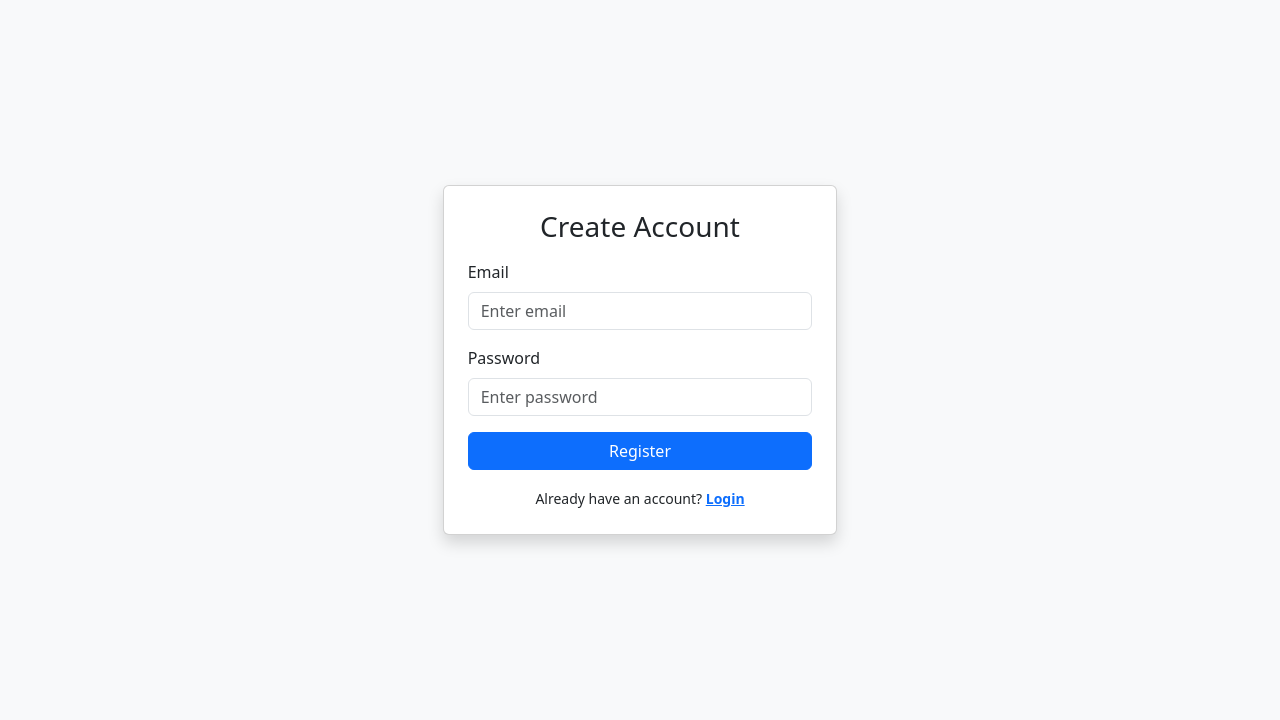
Repository: Asmat-ullah-khan/media-content-scheduler-frontend
Page: /
An editor plug-in stored every save of this project. The page is shown before and after the next save, followed by the edit.
The browser window is 1280 px wide. The pictures show the whole page.
The project was rebuilt for these pictures with package versions that can differ from the ones it lists, and the page was loaded fresh each time. Also part of the build but not shown: vite.config.js, src/index.css, src/pages/Login.jsx, src/pages/Dashboard.jsx, src/pages/Home.jsx, src/pages/Postlist.jsx.

Above is the page before, as saved 2026-01-27 00:48:53.

### index.html
<!doctype html>
<html lang="en">
  <head>
    <meta charset="UTF-8" />
    <link rel="icon" type="image/svg+xml" href="/vite.svg" />
    <meta name="viewport" content="width=device-width, initial-scale=1.0" />
    <title>media-content-scheduler-frontend</title>
  </head>
  <body>
    <div id="root"></div>
    <script type="module" src="/src/main.jsx"></script>
  </body>
</html>

### src/main.jsx
import { StrictMode } from "react";
import { createRoot } from "react-dom/client";
import "./index.css";
import "bootstrap/dist/css/bootstrap.min.css";
import App from "./App.jsx";
import { BrowserRouter } from "react-router-dom";

createRoot(document.getElementById("root")).render(
  <BrowserRouter>
    <App />
  </BrowserRouter>,
);

### src/App.jsx
import { Route, Router, Routes } from "react-router-dom";
import Register from "../src/pages/Register.jsx";
import Login from "./pages/Login.jsx";
import Home from "./pages/Home.jsx";
import Postlist from "./pages/Postlist.jsx";
function App() {
  return (
    <div>
      <Routes>
        <Route path="/" element={<Register />} />
        <Route path="/login" element={<Login />} />
        <Route path="/home" element={<Home />} />
        <Route path="/posts" element={<Postlist />} />
      </Routes>
    </div>
  );
}
export default App;

### src/pages/Register.jsx
import { useState } from "react";
import { Form, Button, Container, Card, Row, Col } from "react-bootstrap";
import { Link } from "react-router-dom";

function Register() {
  const [email, setEmail] = useState("");
  const [password, setPassword] = useState("");
  const [errors, setErrors] = useState({});

  const handleSubmit = (e) => {
    e.preventDefault();

    let newErrors = {};

    if (!email) {
      newErrors.email = "Email is required";
    } else if (!/\S+@\S+\.\S+/.test(email)) {
      newErrors.email = "Invalid email format";
    }

    if (!password) {
      newErrors.password = "Password is required";
    } else if (password.length < 6) {
      newErrors.password = "Password must be at least 6 characters";
    }

    setErrors(newErrors);

    if (Object.keys(newErrors).length === 0) {
      console.log({ email, password });
      alert("Registration Successful ✅");
    }
  };

  return (
    <Container
      fluid
      className="min-vh-100 d-flex align-items-center justify-content-center bg-light"
    >
      <Row className="w-100 justify-content-center">
        <Col xs={11} sm={8} md={6} lg={4}>
          <Card className="p-4 shadow">
            <h3 className="text-center mb-3">Create Account</h3>

            <Form onSubmit={handleSubmit}>
              {/* Email */}
              <Form.Group className="mb-3">
                <Form.Label>Email</Form.Label>
                <Form.Control
                  type="email"
                  placeholder="Enter email"
                  value={email}
                  isInvalid={!!errors.email}
                  onChange={(e) => setEmail(e.target.value)}
                />
                <Form.Control.Feedback type="invalid">
                  {errors.email}
                </Form.Control.Feedback>
              </Form.Group>

              {/* Password */}
              <Form.Group className="mb-3">
                <Form.Label>Password</Form.Label>
                <Form.Control
                  type="password"
                  placeholder="Enter password"
                  value={password}
                  isInvalid={!!errors.password}
                  onChange={(e) => setPassword(e.target.value)}
                />
                <Form.Control.Feedback type="invalid">
                  {errors.password}
                </Form.Control.Feedback>
              </Form.Group>

              <Button type="submit" variant="primary" className="w-100">
                Register
              </Button>
            </Form>

            {/* Login Link */}
            <div className="text-center mt-3">
              <small>
                Already have an account?{" "}
                {/* <Link to="/login" className="fw-bold">
                  Login
                </Link> */}
                <Link to="/login" className="fw-bold">
                  Login
                </Link>
              </small>
            </div>
          </Card>
        </Col>
      </Row>
    </Container>
  );
}

export default Register;

### src/component/Navbar.jsx
import { Navbar, Nav, Container } from "react-bootstrap";
import { Link, useNavigate } from "react-router-dom";

function AppNavbar() {
  const navigate = useNavigate();

  const handleLogout = () => {
    // later we will clear token here
    alert("Logged out ✅");
    navigate("/login");
  };

  return (
    <Navbar bg="dark" variant="dark" expand="lg">
      <Container>
        <Navbar.Brand as={Link} to="/">
          Post Scheduler
        </Navbar.Brand>

        <Navbar.Toggle aria-controls="main-navbar" />

        <Navbar.Collapse id="main-navbar">
          <Nav className="ms-auto">
            <Nav.Link as={Link} to="/">
              Home
            </Nav.Link>

            <Nav.Link as={Link} to="/posts">
              List of Posts
            </Nav.Link>

            <Nav.Link onClick={handleLogout}>Logout</Nav.Link>
          </Nav>
        </Navbar.Collapse>
      </Container>
    </Navbar>
  );
}

export default AppNavbar;

After the next save:
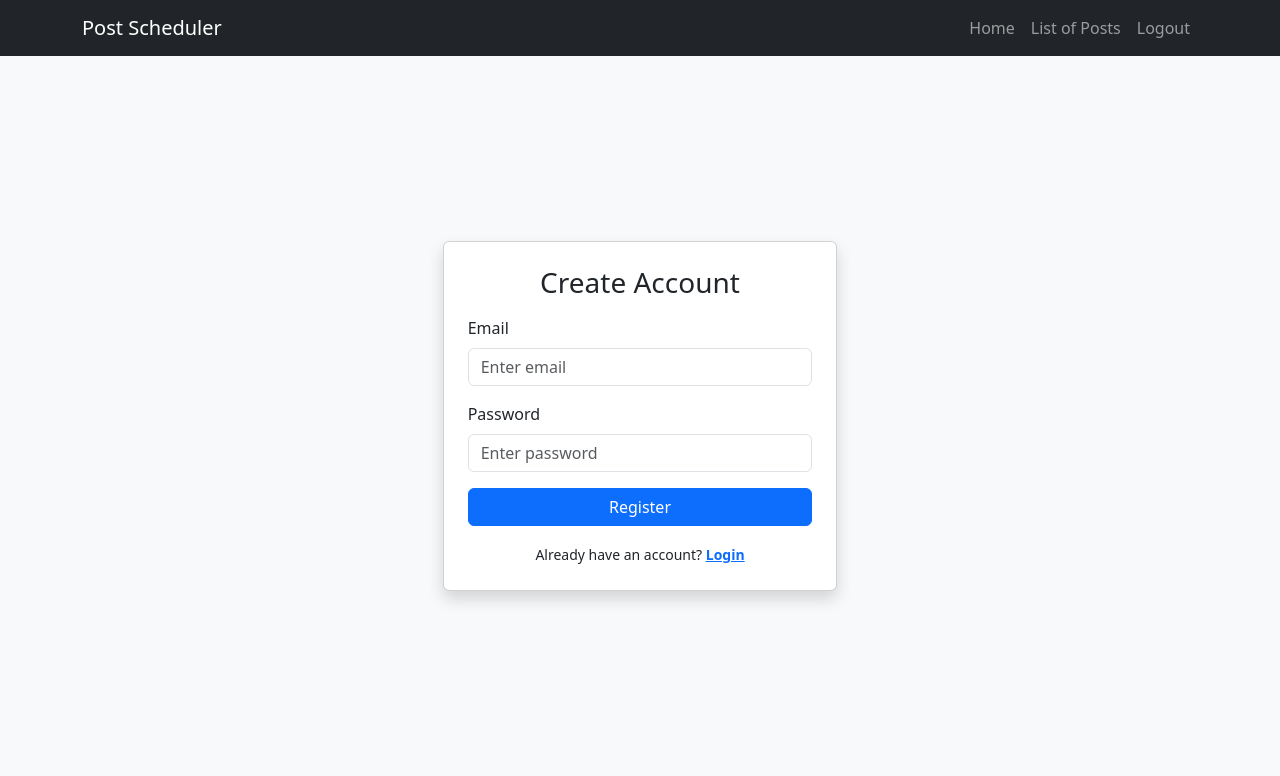
Saved 110 s later.
--- a/src/App.jsx
+++ b/src/App.jsx
@@ -3,9 +3,11 @@
 import Login from "./pages/Login.jsx";
 import Home from "./pages/Home.jsx";
 import Postlist from "./pages/Postlist.jsx";
+import Navbar from "./component/Navbar.jsx";
 function App() {
   return (
     <div>
+      <Navbar />
       <Routes>
         <Route path="/" element={<Register />} />
         <Route path="/login" element={<Login />} />

After the save that followed:
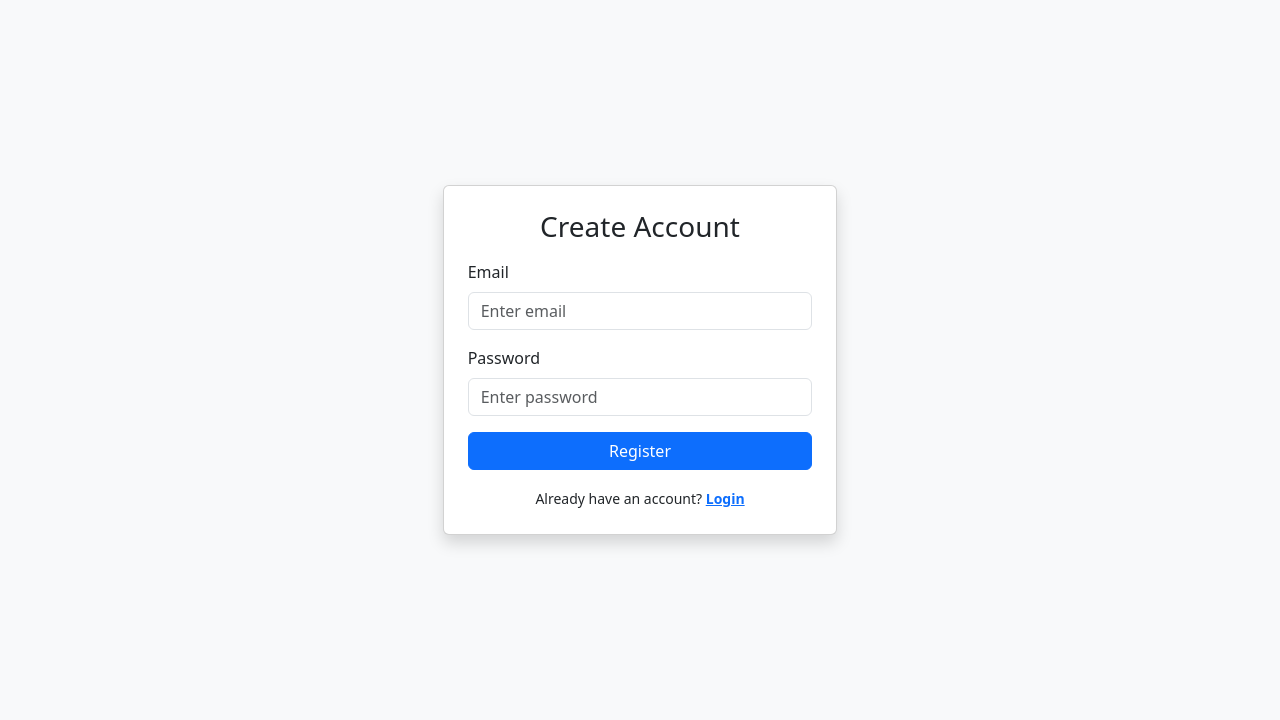
Saved 3 min 6 s later.
--- a/src/App.jsx
+++ b/src/App.jsx
@@ -1,13 +1,21 @@
-import { Route, Router, Routes } from "react-router-dom";
-import Register from "../src/pages/Register.jsx";
+import { Route, Routes, useLocation } from "react-router-dom";
+import Register from "./pages/Register.jsx";
 import Login from "./pages/Login.jsx";
 import Home from "./pages/Home.jsx";
 import Postlist from "./pages/Postlist.jsx";
 import Navbar from "./component/Navbar.jsx";
+
 function App() {
+  const location = useLocation();
+
+  // Pages where Navbar should NOT appear
+  const hideNavbarRoutes = ["/", "/login"];
+
   return (
     <div>
-      <Navbar />
+      {/* Show Navbar only if route is NOT register or login */}
+      {!hideNavbarRoutes.includes(location.pathname) && <Navbar />}
+
       <Routes>
         <Route path="/" element={<Register />} />
         <Route path="/login" element={<Login />} />
@@ -17,4 +25,5 @@
     </div>
   );
 }
+
 export default App;
